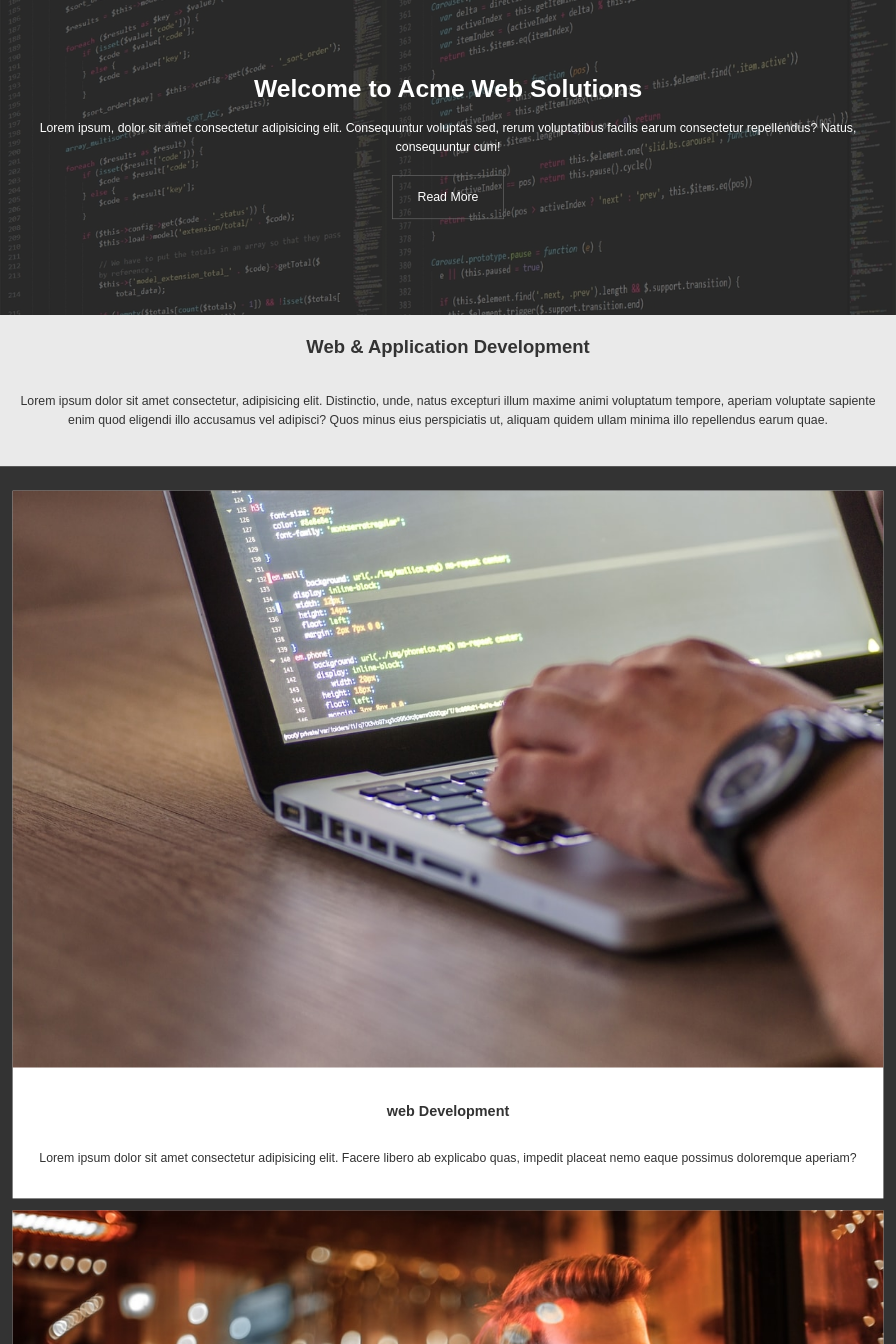
Repository: ErikBaer/MobileFirst
Page: index.html
These files come from the project's save history. The page is drawn as it stood at one moment and after the next save; the edit follows.
The browser window is 1280 px wide. The pictures show the part of the page from y = 0 to 1920 px (the page is 4787 px tall before and 720 px after), at 70% of full size.

Above is the page before, as saved 2020-02-15 03:27:08.

After the next save:
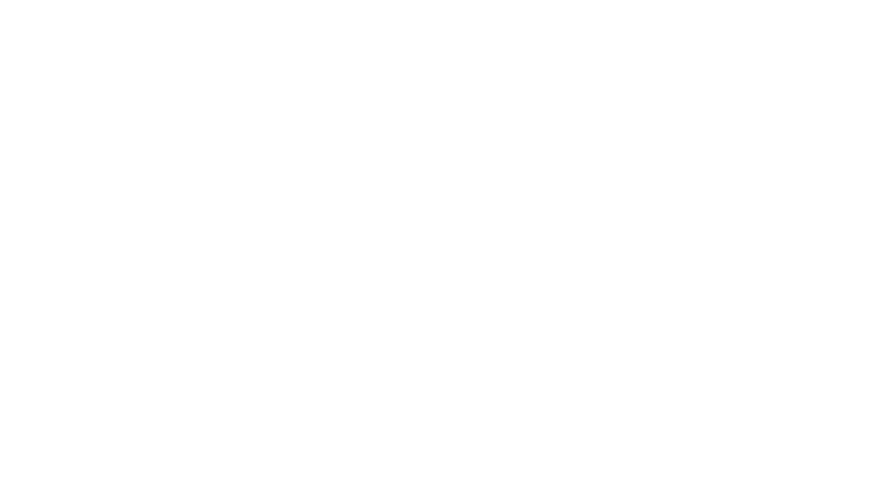
Saved 102 s later.
--- a/style.css
+++ b/style.css
@@ -134,3 +134,9 @@ p {
     color: #2690d4;
     text-decoration: none;
 }
+
+/* Media Queries */
+
+@media(min-width: 700px) {
+    body {display: none;}
+}

After the save that followed:
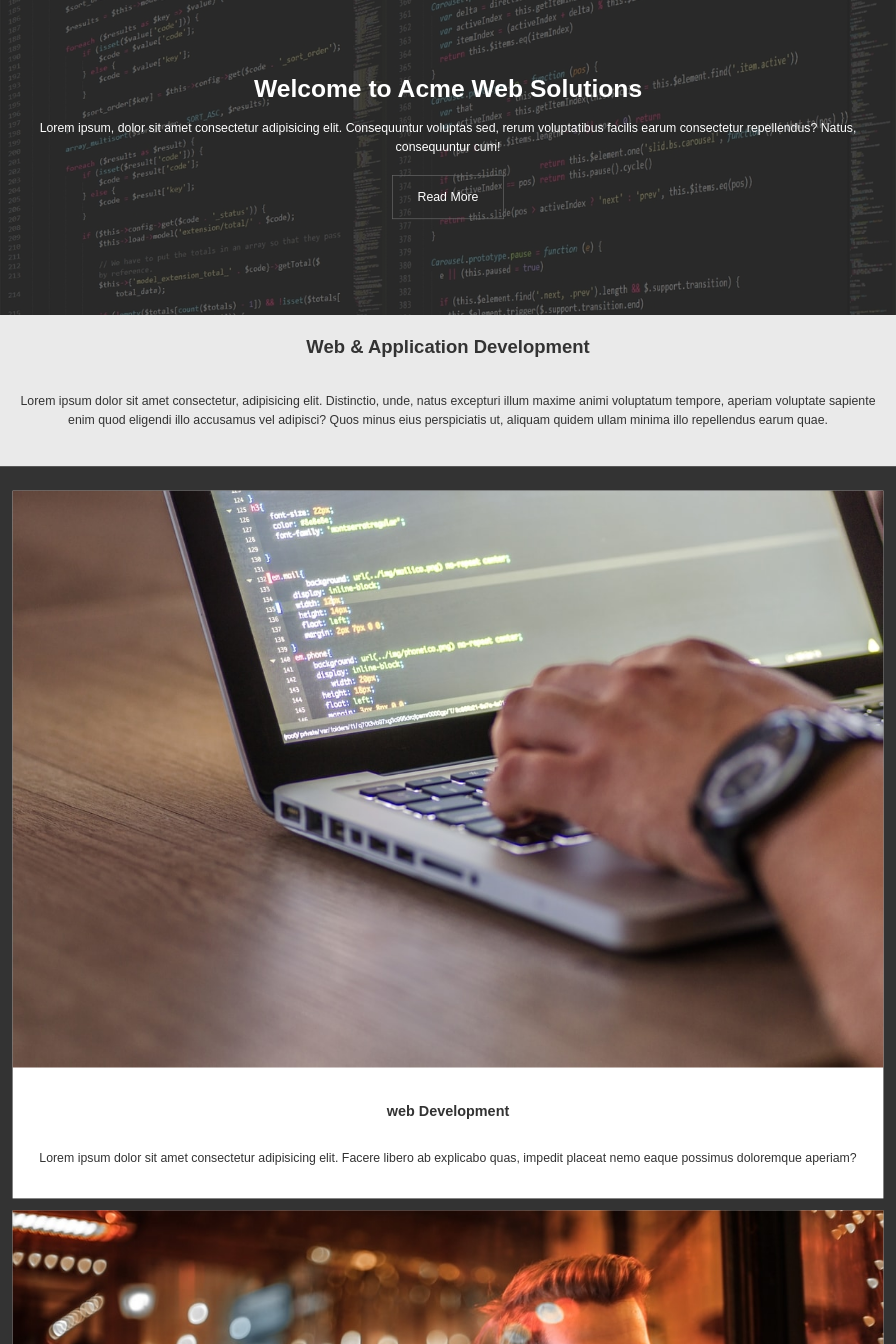
Saved 41 s later.
--- a/style.css
+++ b/style.css
@@ -138,5 +138,7 @@ p {
 /* Media Queries */
 
 @media(min-width: 700px) {
-    body {display: none;}
+    .grid {
+        display: grid;
+    }
 }
